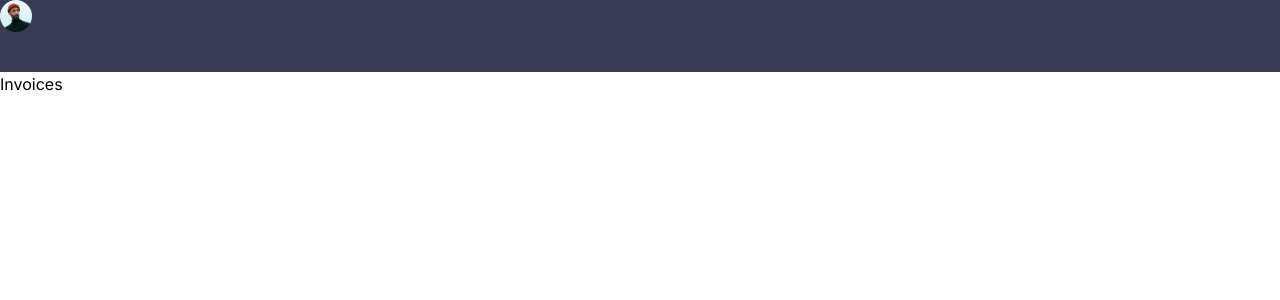
Repository: theoneswhodead/invoice-app
Page: /
An editor plug-in stored every save of this project. The page is shown before and after the next save, followed by the edit.
The browser window is 1280 px wide. The pictures show the whole page.
The project was rebuilt for these pictures with package versions that can differ from the ones it lists, and the page was loaded fresh each time. The framework's server and built-in components were replaced by stand-ins that run in the browser. Also part of the build but not shown: next.config.mjs.

Above is the page before, as saved 2024-08-19 17:39:56.

After the next save:
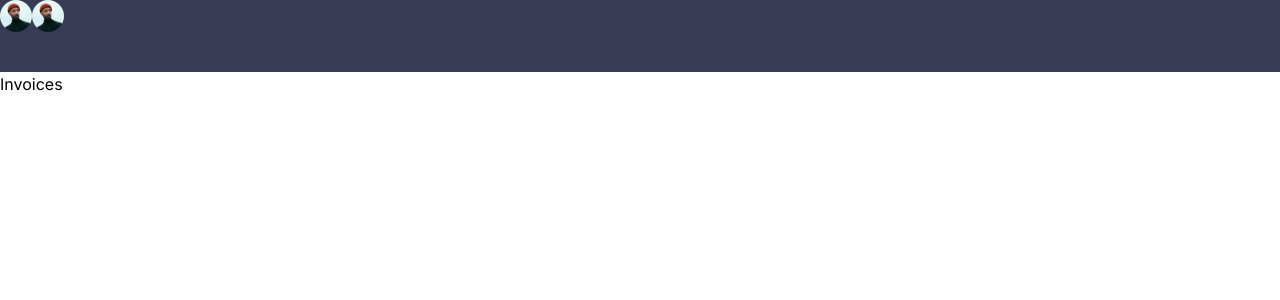
Saved 12 s later.
--- a/app/components/BarMenu.tsx
+++ b/app/components/BarMenu.tsx
@@ -6,7 +6,13 @@ const BarMenu = () => {
     <nav className='bg-gray h-[4.5rem] flex'>
       <div>
         <div>
-            <Image />
+            <Image
+                src="/image-avatar.jpg"
+                width={32}
+                height={32}
+                alt="Avatar"
+                className='rounded-full'
+            />
         </div>
         <div></div>
       </div>
